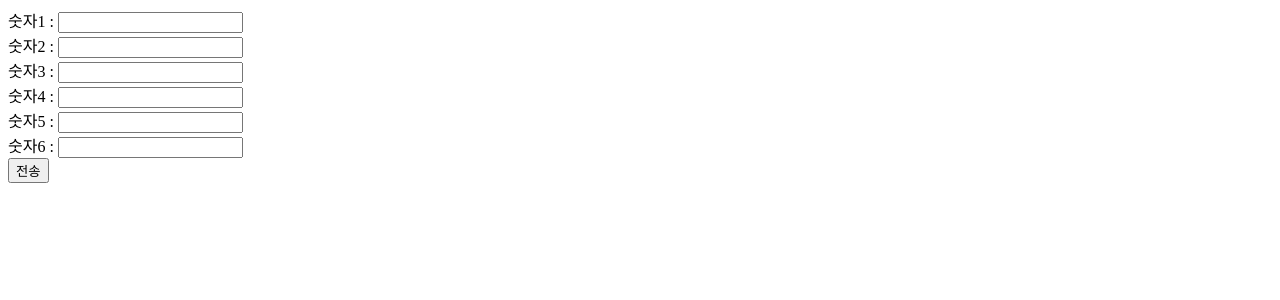
Repository: baeyoomi/version
Page: web/src/main/webapp/lotto.html
An editor plug-in stored every save of this project. The page is shown before and after the next save, followed by the edit.
The browser window is 1280 px wide. The pictures show the whole page.

Above is the page before, as saved 2023-08-09 01:51:16.

### web/src/main/webapp/lotto.html
<!DOCTYPE html>
<html>
<head>
<meta charset="UTF-8">
<title>lotto</title>
</head>
<body>
	<form id="f" method="post" action="./lotto_ok.do">
		숫자1 : <input type="text" name="no" id="no0" class="no"><br>
		숫자2 : <input type="text" name="no" id="no1" class="no"><br>
		숫자3 : <input type="text" name="no" id="no2" class="no"><br>
		숫자4 : <input type="text" name="no" id="no3" class="no"><br>
		숫자5 : <input type="text" name="no" id="no4" class="no"><br>
		숫자6 : <input type="text" name="no" id="no5" class="no"><br>
		<input type="button" value="전송" onclick="abc()">
	</form>
	<script>
		function abc(){
			//해당 변수는 사용자가 조건에 맞는 모든 값을 입력하였을 경우 submit이 작동하도록 함
			var ck = "yes";

			//class 형태 쓰다가 바꿈
			// 같은 class를 모두 가져옴
			var ea = document.getElementsByClassName("no");
			//console.log(es.length); 갯수 파악용

				/* 해당 코드는 잘못된 코드 입니다
				var nm = "no" + w;
				if(document.getElementsByName(nm).value==""){
					alert("숫자를 모두 입력해주세요");
					break;
				}
				*/

			//name 형태
			var w = 0;
			while(w < ea.length){
				if(document.getElementsByName("no")[w].value==""){
					alert("숫자를 모두 입력해주세요");
					ck = "no";
					break;
				}
				else{
					//NaN : Not a Number 문자가 입력됐을경우 , 대소문자 구분함
					//isNaN : true(문자), false(숫자)
					if(isNaN(document.getElementsByName("no")[w].value)==true){
						alert("숫자만 입력해주세요");
						ck = "no";
						break;
					}
				}
				w++;
			}
			if (ck == "yes"){
				f.submit();
			}

			//id 형태의  js
			/*
			var w = 0;
			while(w < 6){
				var ids = document.getElementById("no"+w);
				if(ids.value==""){
					alert("숫자를 모두 입력해주세요");
					ids.focus();
					break;  break안해주면 숫자빈곳이 3곳일때 오류 3번뜸
				}
				w++;
			}
			f.submit();
			*/
		}
	</script>

</body>
</html>

After the next save:
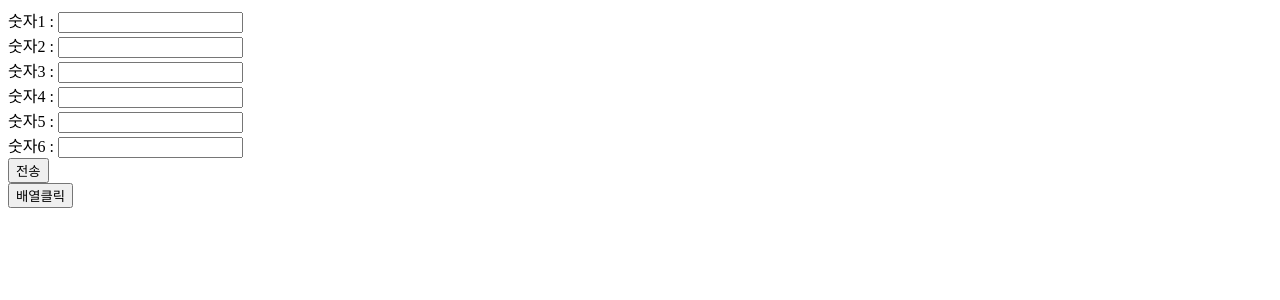
Saved 2 min 36 s later.
--- a/web/src/main/webapp/lotto.html
+++ b/web/src/main/webapp/lotto.html
@@ -14,7 +14,17 @@
 		숫자6 : <input type="text" name="no" id="no5" class="no"><br>
 		<input type="button" value="전송" onclick="abc()">
 	</form>
+
+<!--js 배열형태-->
+<input type="button" value="배열클릭" onclick="bbb()">
 	<script>
+		function bbb(){
+			var d = [1,2,3,4,5];
+			console.log(d[2]);
+		}
+
+
+
 		function abc(){
 			//해당 변수는 사용자가 조건에 맞는 모든 값을 입력하였을 경우 submit이 작동하도록 함
 			var ck = "yes";
